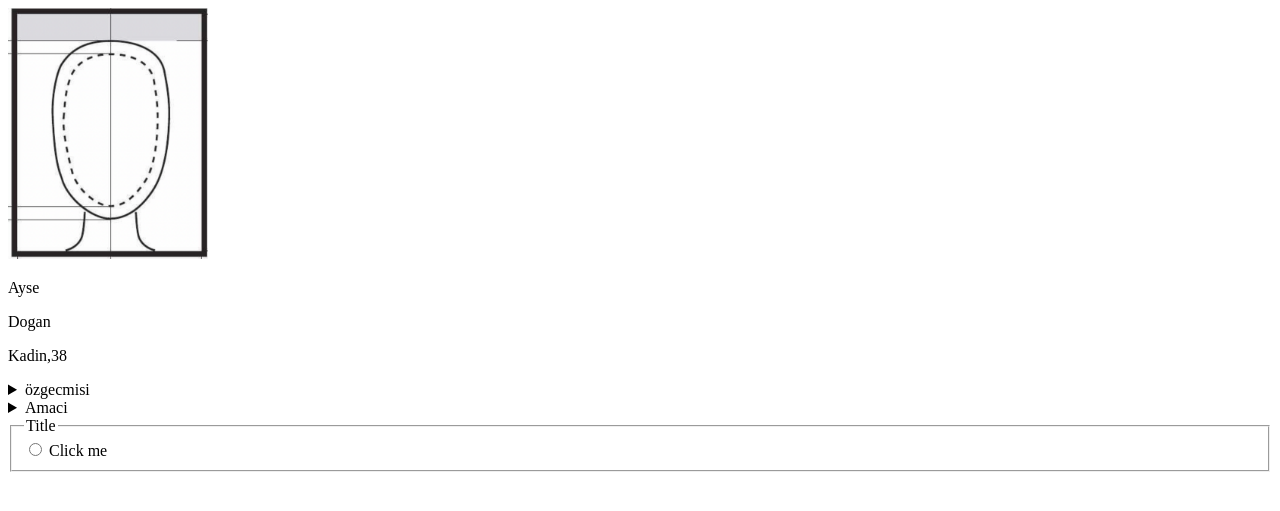
Repository: aysedo/html
Page: Week_2/profile/index.html
The author's editor kept a copy of each file at every save. The page is drawn from the files as they stood at one save, then again after the next save.
The browser window is 1280 px wide. The pictures show the whole page.

Above is the page before, as saved 2021-08-25 23:16:27.

### Week_2/profile/index.html
<!DOCTYPE html>
<html lang="en">
  <head>
    <meta charset="UTF-8" />
    <meta http-equiv="X-UA-Compatible" content="IE=edge" />
    <meta name="viewport" content="width=device-width, initial-scale=1.0" />
    <title>Profil ödevi</title>
  </head>
  </body>
    <img src="./ornek.png" width="200" alt="bos cerceve">
          <p> Ayse </p>
          <p> Dogan </p>
          <p> Kadin,38 </p>
          <details>
            <summary>özgecmisi</summary>
            <pre>
                  1996-1999  Oberstufe
                  1999-2001  Coiffeurfachschule
                  2001-2010  Sonova Ag
                  2011-2012  Belimo
                  2012       Coop Megastore Volkiland
                  2021       Coop to go oerlikon
            </pre>
          </details>
            <details>
            <summary> Amaci </summary>
            <pre>
              Bu kurs ile cok iyi bir programci olup, bir is bulmayi amacliyorum.<br/>
               IT alaninda programcilara cok ihtiyac olundugunu biliyorum hedefim kursu basariyla bitirmek.
            </pre>
            </details>
            <form action="test.php" method="post">
              <fieldset>
                <legend>Title</legend>
                <input type="radio" id="radio">
                <label for="radio">Click me</label>
              </fieldset>
            </form>









  </body>
</html>

After the next save:
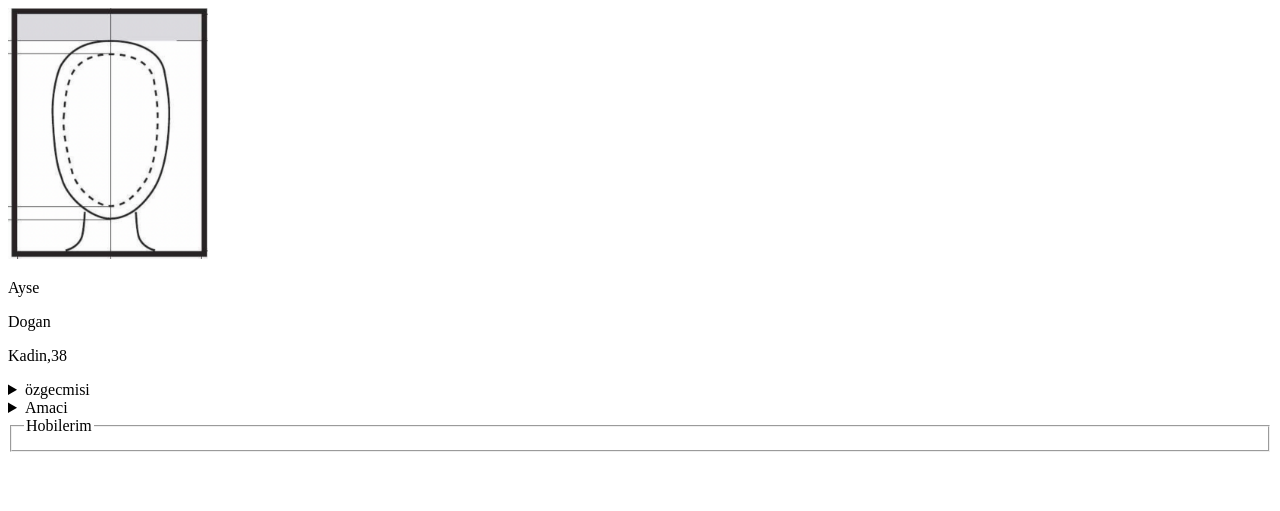
Saved 72 s later.
--- a/Week_2/profile/index.html
+++ b/Week_2/profile/index.html
@@ -31,9 +31,8 @@
             </details>
             <form action="test.php" method="post">
               <fieldset>
-                <legend>Title</legend>
-                <input type="radio" id="radio">
-                <label for="radio">Click me</label>
+                <legend>Hobilerim</legend>
+
               </fieldset>
             </form>
 
